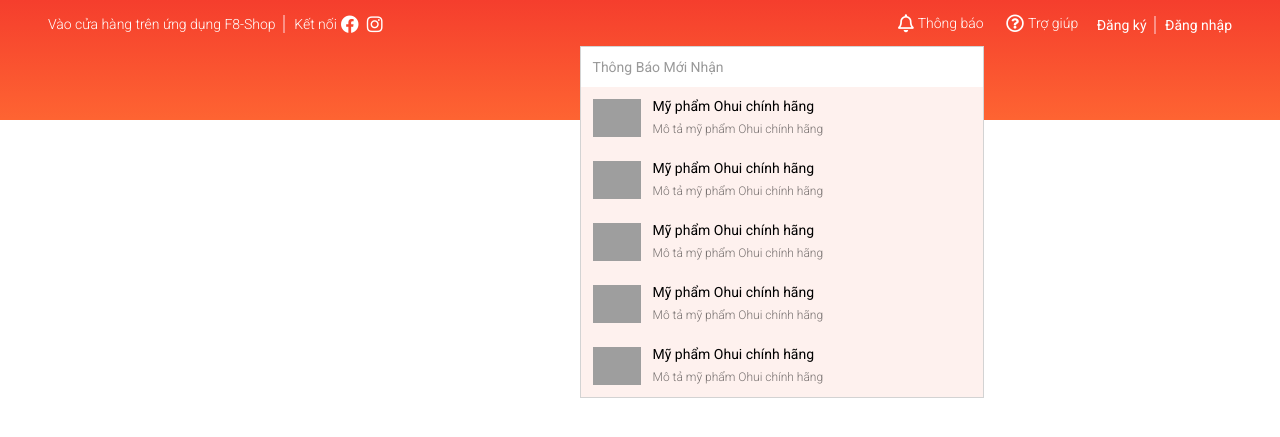
Repository: vanntrong/F8-Shop
Page: index.html
The author's editor kept a copy of each file at every save. The page is drawn from the files as they stood at one save, then again after the next save.
The browser window is 1280 px wide. The pictures show the whole page.
Pictures or frames that could not be fetched are drawn as grey boxes.

Above is the page before, as saved 2021-09-01 18:25:16.

### index.html
<!DOCTYPE html>
<html lang="en">
  <head>
    <meta charset="UTF-8" />
    <meta http-equiv="X-UA-Compatible" content="IE=edge" />
    <meta name="viewport" content="width=device-width, initial-scale=1.0" />
    <title>Document</title>
    <link rel="stylesheet" href="./assets/css/reset.css" />
    <link rel="stylesheet" href="./assets/css/base.css" />
    <link rel="stylesheet" href="./assets/css/main.css" />
    <link href="https://fonts.googleapis.com/css2?family=Roboto:wght@300;400;500;700&display=swap" rel="stylesheet" />
    <link
      rel="stylesheet"
      href="./assets/fonts/fontawesome-free-5.15.4-web/fontawesome-free-5.15.4-web/css/all.min.css"
    />
  </head>
  <body>
    <div class="app">
      <header class="header">
        <div class="grid">
          <nav class="header__navbar">
            <ul class="header__navbar-list">
              <li class="header__navbar-item header__navbar-item--has-qr header__navbar-item--separate">
                Vào cửa hàng trên ứng dụng F8-Shop
                <div class="header__qr">
                  <img src="./assets/img/QR_code.png" alt="QR code" class="header__qr-img" />
                  <div class="header__qr-apps">
                    <a href="" class="header__qr-link">
                      <img src="./assets/img/google_play.png" alt="GooglePlay" class="header__qr-download-img" />
                    </a>
                    <a href="" class="header__qr-link">
                      <img src="./assets/img/app_store.png" alt="AppStore" class="header__qr-download-img" />
                    </a>
                  </div>
                </div>
              </li>
              <li class="header__navbar-item">
                <span class="header__navbar-item--no-pointer"> Kết nối </span>
                <a href="#" class="header__navbar-icon-link">
                  <i class="header__navbar-icon fab fa-facebook"></i>
                </a>
                <a href="#" class="header__navbar-icon-link">
                  <i class="header__navbar-icon fab fab fa-instagram"></i>
                </a>
              </li>
            </ul>

            <ul class="header__navbar-list">
              <li class="header__navbar-item">
                <a href="#" class="header__navbar-item-link">
                  <i class="header__navbar-icon far fa-bell"></i>
                  Thông báo
                </a>
                <div class="header__notify">
                  <header class="header__notify-header">
                    <h3>Thông Báo Mới Nhận</h3>
                  </header>
                  <ul class="header__notify-list">
                    <li class="header__notify-item">
                      <a href="#" class="header__notify-link">
                        <img
                          src="https://cf.shopee.vn/file/70488a103a5ecdbf5889822acd19ef14"
                          alt=""
                          class="header__notify-img"
                        />
                        <div class="header__notify-info">
                          <span class="header__notify-name"> Mỹ phẩm Ohui chính hãng </span>
                          <span class="header__notify-desc"> Mô tả mỹ phẩm Ohui chính hãng </span>
                        </div>
                      </a>
                    </li>
                    <li class="header__notify-item">
                      <a href="#" class="header__notify-link">
                        <img
                          src="https://cf.shopee.vn/file/70488a103a5ecdbf5889822acd19ef14"
                          alt=""
                          class="header__notify-img"
                        />
                        <div class="header__notify-info">
                          <span class="header__notify-name"> Mỹ phẩm Ohui chính hãng </span>
                          <span class="header__notify-desc"> Mô tả mỹ phẩm Ohui chính hãng </span>
                        </div>
                      </a>
                    </li>
                    <li class="header__notify-item">
                      <a href="#" class="header__notify-link">
                        <img
                          src="https://cf.shopee.vn/file/70488a103a5ecdbf5889822acd19ef14"
                          alt=""
                          class="header__notify-img"
                        />
                        <div class="header__notify-info">
                          <span class="header__notify-name"> Mỹ phẩm Ohui chính hãng </span>
                          <span class="header__notify-desc"> Mô tả mỹ phẩm Ohui chính hãng </span>
                        </div>
                      </a>
                    </li>
                    <li class="header__notify-item">
                      <a href="#" class="header__notify-link">
                        <img
                          src="https://cf.shopee.vn/file/70488a103a5ecdbf5889822acd19ef14"
                          alt=""
                          class="header__notify-img"
                        />
                        <div class="header__notify-info">
                          <span class="header__notify-name"> Mỹ phẩm Ohui chính hãng </span>
                          <span class="header__notify-desc"> Mô tả mỹ phẩm Ohui chính hãng </span>
                        </div>
                      </a>
                    </li>
                    <li class="header__notify-item header__notify-item--viewed">
                      <a href="#" class="header__notify-link">
                        <img
                          src="https://cf.shopee.vn/file/70488a103a5ecdbf5889822acd19ef14"
                          alt=""
                          class="header__notify-img"
                        />
                        <div class="header__notify-info">
                          <span class="header__notify-name"> Mỹ phẩm Ohui chính hãng </span>
                          <span class="header__notify-desc"> Mô tả mỹ phẩm Ohui chính hãng </span>
                        </div>
                      </a>
                    </li>
                  </ul>
                </div>
              </li>
              <li class="header__navbar-item">
                <a href="#" class="header__navbar-item-link">
                  <i class="header__navbar-icon far fa-question-circle"></i>
                  Trợ giúp
                </a>
              </li>
              <li class="header__navbar-item header__navbar-item--strong header__navbar-item--separate">Đăng ký</li>
              <li class="header__navbar-item header__navbar-item--strong">Đăng nhập</li>
            </ul>
          </nav>
        </div>
      </header>

      <div class="container"></div>

      <footer class="footer"></footer>
    </div>
  </body>
</html>

### assets/css/base.css
:root {
  --white-color: #fff;
  --black-color: #000;
  --text-color: #333;
  --primary-color: #ee4d2d;
}

* {
  box-sizing: inherit;
}

html {
  font-size: 62.5%;
  line-height: 1.6rem;
  font-family: "Roboto", sans-serif;
  box-sizing: border-box;
}

.grid {
  width: 1200px;
  max-width: 100%;
  margin: 0 auto;
}

.grid__full-width {
  width: 100%;
}

.grid__row {
  display: flex;
  flex-wrap: wrap;
}

/* animation */
@keyframes faceIn {
  from {
    opacity: 0;
  }
  to {
    opacity: 1;
  }
}

### assets/css/main.css
.header {
  height: 12rem;
  background-image: linear-gradient(0, #fe6432, #f53e2d);
}

.header__navbar {
  display: flex;
  align-items: center;
  justify-content: space-between;
}

.header__navbar-list {
  list-style: none;
}

.header__navbar-item {
  min-height: 2.6rem;
  margin: 1rem 0.8rem 0;
  position: relative;
}

.header__navbar-item,
.header__navbar-item-link {
  display: inline-block;
  font-size: 1.4rem;
  color: var(--white-color);
  text-decoration: none;
  font-weight: 300;
}

.header__navbar-item,
.header__navbar-item-link,
.header__navbar-icon-link {
  display: inline-flex;
  align-items: center;
}

.header__navbar-item:hover,
.header__navbar-icon-link:hover,
.header__navbar-item-link:hover {
  cursor: pointer;
  color: rgba(255, 255, 255, 0.7);
}

.header__navbar-item--strong {
  font-weight: 400;
}

.header__navbar-item--separate::after {
  content: "";
  display: block;
  position: absolute;
  border: 1px solid #fb9086;
  height: 1.6rem;
  right: -0.9rem;
  top: 50%;
  transform: translateY(-50%);
}

.header__navbar-icon-link {
  color: var(--white-color);
  text-decoration: none;
}

.header__navbar-icon {
  font-size: 1.8rem;
  margin: 0 0.4rem;
}

.header__navbar-item--no-pointer {
  cursor: text;
  color: var(--white-color);
}

/* header QR code */
.header__qr {
  width: 18.6rem;
  background-color: var(--white-color);
  position: absolute;
  left: 0;
  top: 140%;
  border-radius: 2px;
  display: none;
  animation: faceIn ease-in 0.25s;
}

.header__qr::before {
  position: absolute;
  left: 0;
  top: -1.6rem;
  width: 100%;
  height: 2rem;
  content: "";
  display: block;
}

.header__navbar-item--has-qr:hover .header__qr {
  display: block;
}
.header__qr-img {
  width: 100%;
}
.header__qr-apps {
  display: flex;
  justify-content: space-between;
  flex-wrap: wrap;
  margin: 0 1rem;
}
.header__qr-download-img {
  height: 1.6rem;
}

/* header notification */
.header__notify {
  position: absolute;
  top: 140%;
  right: 0;
  width: 40.4rem;
  border: 1px solid #d3d3d3;
  background-color: var(--white-color);
}
.header__notify-header {
  height: 4rem;
  background-color: var(--white-color);
}
.header__notify-header h3 {
  color: #999;
  margin: 0 0 0 12px;
  font-weight: 400;
  font-size: 1.4rem;
  line-height: 40px;
}
.header__notify-list {
  padding-left: 0;
}
.header__notify-item {
  display: flex;
}
.header__notify-link {
  width: 100%;
  display: flex;
  padding: 12px;
  text-decoration: none;
  background-color: rgba(238, 77, 45, 0.08);
}
.header__notify-img {
  width: 48px;
}
.header__notify-info {
  margin-left: 12px;
}
.header__notify-name {
  display: block;
  font-size: 1.4rem;
  color: var(--black-color);
  font-weight: 400;
}
.header__notify-desc {
  margin-top: 8px;
  display: block;
  font-size: 1.2rem;
  line-height: 1.6rem;
  color: #756f6e;
}

Loaded but not shown: assets/css/reset.css (common file); assets/fonts/fontawesome-free-5.15.4-web/fontawesome-free-5.15.4-web/css/all.min.css (library)

After the next save:
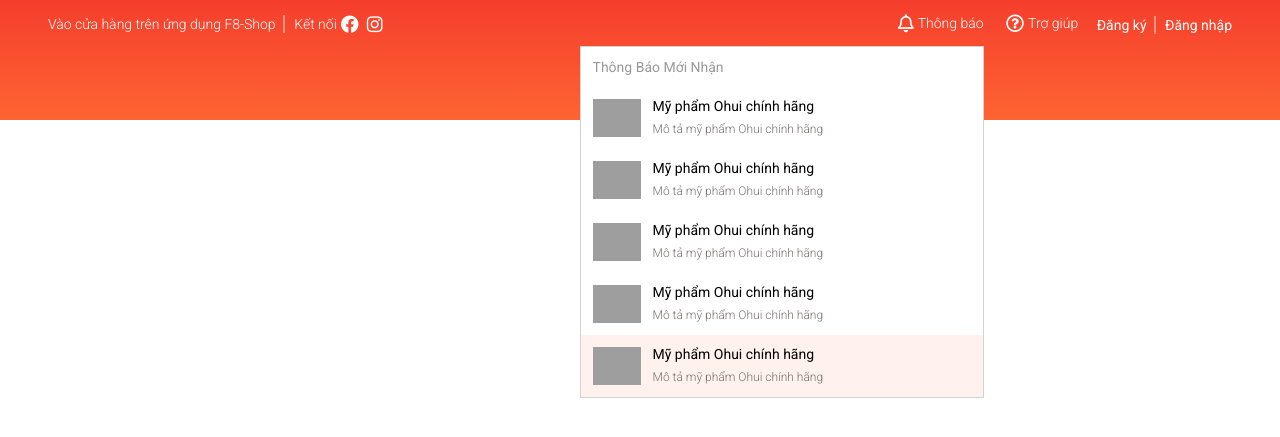
Saved 39 s later.
--- a/assets/css/main.css
+++ b/assets/css/main.css
@@ -134,14 +134,16 @@
   padding-left: 0;
 }
 .header__notify-item {
-  display: flex;
+}
+
+.header__notify-item--viewed {
+  background-color: rgba(238, 77, 45, 0.08);
 }
 .header__notify-link {
   width: 100%;
   display: flex;
   padding: 12px;
   text-decoration: none;
-  background-color: rgba(238, 77, 45, 0.08);
 }
 .header__notify-img {
   width: 48px;

After the save that followed:
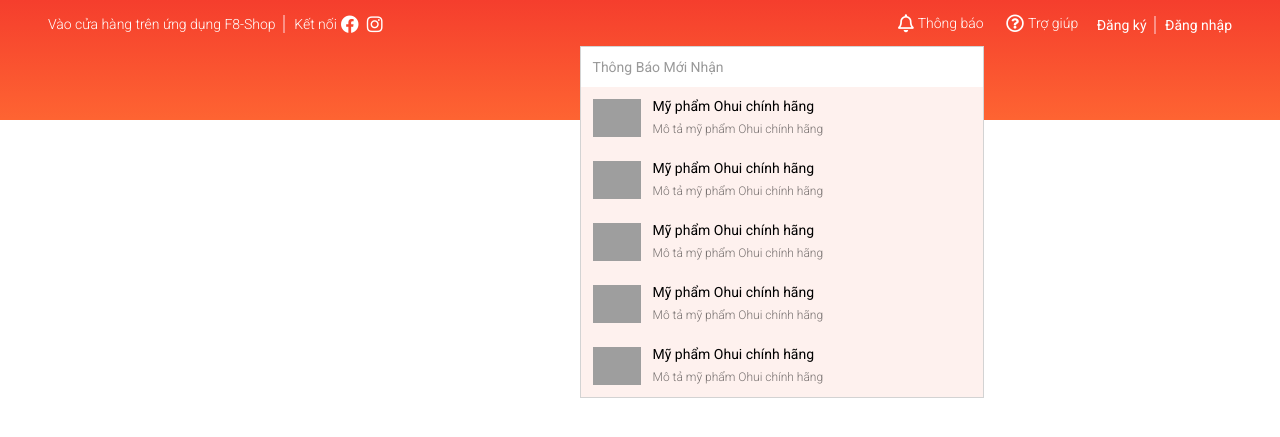
Saved 44 s later.
--- a/index.html
+++ b/index.html
@@ -56,7 +56,7 @@
                     <h3>Thông Báo Mới Nhận</h3>
                   </header>
                   <ul class="header__notify-list">
-                    <li class="header__notify-item">
+                    <li class="header__notify-item header__notify-item--viewed">
                       <a href="#" class="header__notify-link">
                         <img
                           src="https://cf.shopee.vn/file/70488a103a5ecdbf5889822acd19ef14"
@@ -69,7 +69,7 @@
                         </div>
                       </a>
                     </li>
-                    <li class="header__notify-item">
+                    <li class="header__notify-item header__notify-item--viewed">
                       <a href="#" class="header__notify-link">
                         <img
                           src="https://cf.shopee.vn/file/70488a103a5ecdbf5889822acd19ef14"
@@ -82,7 +82,7 @@
                         </div>
                       </a>
                     </li>
-                    <li class="header__notify-item">
+                    <li class="header__notify-item header__notify-item--viewed">
                       <a href="#" class="header__notify-link">
                         <img
                           src="https://cf.shopee.vn/file/70488a103a5ecdbf5889822acd19ef14"
@@ -95,7 +95,7 @@
                         </div>
                       </a>
                     </li>
-                    <li class="header__notify-item">
+                    <li class="header__notify-item header__notify-item--viewed">
                       <a href="#" class="header__notify-link">
                         <img
                           src="https://cf.shopee.vn/file/70488a103a5ecdbf5889822acd19ef14"
